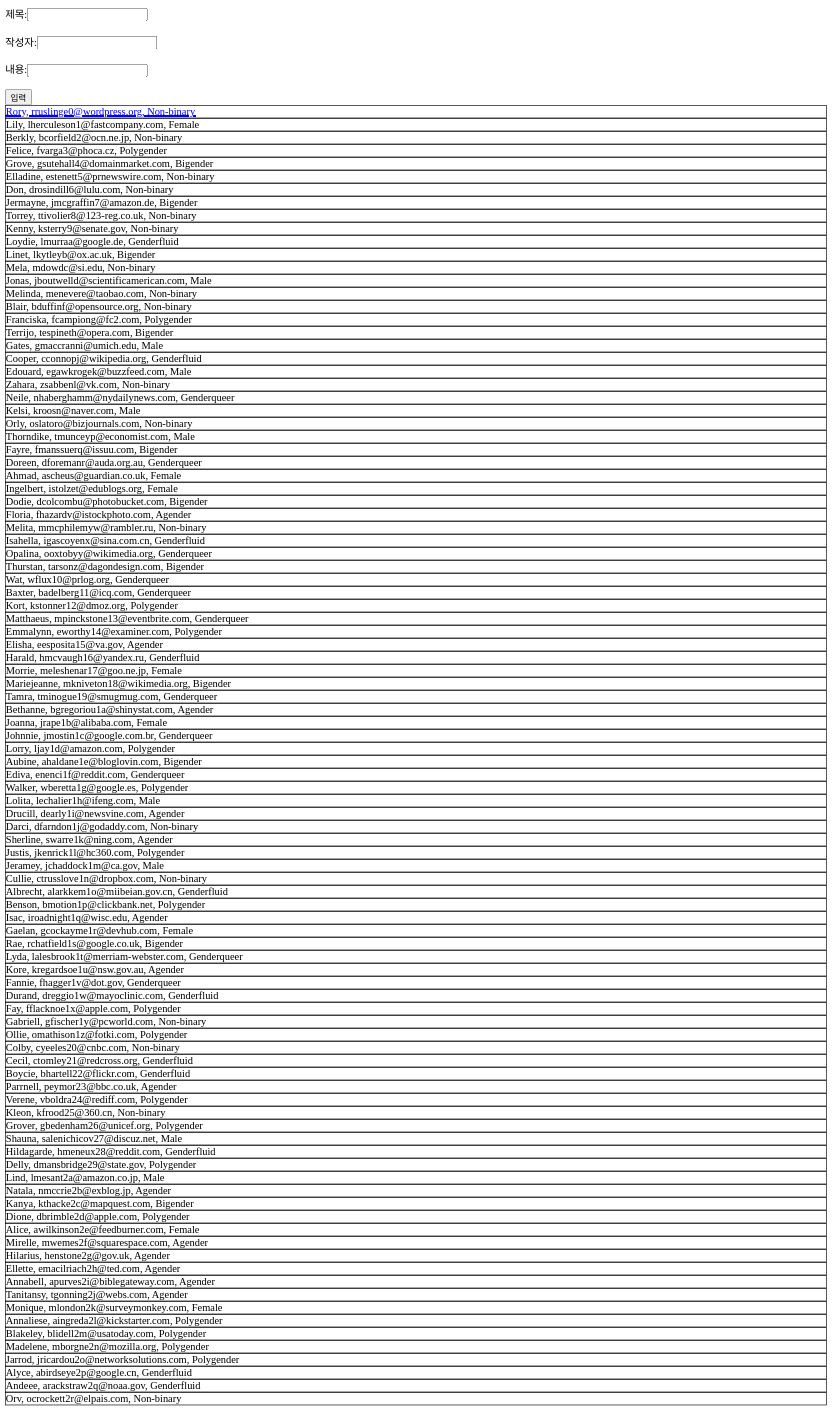
Repository: RyuJelly/211
Page: java_web/jQuery/WebContent/blogmission/main.html
These files come from the project's save history. The page is drawn as it stood at one moment and after a run of saves; the edit follows.
The browser window is 1280 px wide. The pictures show the whole page, at 65% of full size.
Some web libraries are served in a nearby version.

Above is the page before, as saved 2021-03-18 06:22:48.

### java_web/jQuery/WebContent/blogmission/main.html
<!DOCTYPE html>
<html>
<head>
<meta charset="EUC-KR">
<title>Insert title here</title>
<script src="http://code.jquery.com/jquery-1.10.2.js"></script>
<script type="text/javascript" src="blog.js"></script>
<style type="text/css">
.blog {
	border : 1px solid;
}

.title {
	float: left;
}

</style>
</head>
<body>
	<div id="list">

	</div>

	<form action="POST">
		제목:<input type="text" name="title"/> <br><br>
		작성자:<input type="text" name="writer"/><br><br>
		내용:<input type="text" name="contents"/><br><br>
		<input type="submit" value="입력"/>
	</form>

	<div id="js"></div>
</body>
</html>

### java_web/jQuery/WebContent/blogmission/blog.js
/*$(function() {
	$.ajax({
		url : 'server.jsp',
		type : 'post',
		dataType : 'json',
		success : successHandler
	});

	function successHandler(data){
		$.each(data, function(index, blog) {
			var html = '<div class="blog">';
			html += '<div class="title">tilte: ' + blog.title + '</div><br>';
			html += '<div class="writer">writer: ' + blog.writer + '</div>';
			html += '<div class="contents">contents: ' + blog.contents + '</div>';
			html += '</div>';

			$('#list').append(html);
		});
	}
});*/


$(function() {
	$.ajax({
		url : 'server.jsp',
		type : 'post',
		dataType : 'json',
		success : successHandler
	});

	$('form').submit(function() {
		$.ajax({
			url : 'server.jsp',
			type : 'post',
			dataType : 'json',
			data : $(this).serialize(),
			success : successHandler
		});
		return false;
	});

	function successHandler(data){
		$('div#list').empty();

		$.each(data, function(index, blog) {
			var html = '<div class="blog">';
			html += '<div class="title">tilte: ' + blog.title + '</div><br>';
			html += '<div class="writer">writer: ' + blog.writer + '</div>';
			html += '<div class="contents">contents: ' + blog.contents + '</div>';
			html += '</div>';

			$('#list').append(html);
		});
	}
});



$(function(){
//	$.ajax({
//		url : 'dummy.json',
//		dataType : 'json',
//		success : function(data){
//			$.each(data, function(index, m){
//				var html = '<div class="blog">' + m.name + ', ' + m.email + ', ' + m.gender;
//				$('#js').append(html);
//			});
//		}
//	});

	$.getJSON('dummy.json', function(data){
		$.each(data, function(index, m){
			var html = '<div class="blog" id="f1">' + m.name + ', ' + m.email + ', ' + m.gender;
			$('#js').append(html);
			$('#f1').wrapInner('<a href="#" />')
		});

	});

});

### java_web/jQuery/WebContent/blogmission/dummy.json
[{"id":1,"name":"Rory","email":"rruslinge0@wordpress.org","gender":"Non-binary"},
{"id":2,"name":"Lily","email":"lherculeson1@fastcompany.com","gender":"Female"},
{"id":3,"name":"Berkly","email":"bcorfield2@ocn.ne.jp","gender":"Non-binary"},
{"id":4,"name":"Felice","email":"fvarga3@phoca.cz","gender":"Polygender"},
{"id":5,"name":"Grove","email":"gsutehall4@domainmarket.com","gender":"Bigender"},
{"id":6,"name":"Elladine","email":"estenett5@prnewswire.com","gender":"Non-binary"},
{"id":7,"name":"Don","email":"drosindill6@lulu.com","gender":"Non-binary"},
{"id":8,"name":"Jermayne","email":"jmcgraffin7@amazon.de","gender":"Bigender"},
{"id":9,"name":"Torrey","email":"ttivolier8@123-reg.co.uk","gender":"Non-binary"},
{"id":10,"name":"Kenny","email":"ksterry9@senate.gov","gender":"Non-binary"},
{"id":11,"name":"Loydie","email":"lmurraa@google.de","gender":"Genderfluid"},
{"id":12,"name":"Linet","email":"lkytleyb@ox.ac.uk","gender":"Bigender"},
{"id":13,"name":"Mela","email":"mdowdc@si.edu","gender":"Non-binary"},
{"id":14,"name":"Jonas","email":"jboutwelld@scientificamerican.com","gender":"Male"},
{"id":15,"name":"Melinda","email":"menevere@taobao.com","gender":"Non-binary"},
{"id":16,"name":"Blair","email":"bduffinf@opensource.org","gender":"Non-binary"},
{"id":17,"name":"Franciska","email":"fcampiong@fc2.com","gender":"Polygender"},
{"id":18,"name":"Terrijo","email":"tespineth@opera.com","gender":"Bigender"},
{"id":19,"name":"Gates","email":"gmaccranni@umich.edu","gender":"Male"},
{"id":20,"name":"Cooper","email":"cconnopj@wikipedia.org","gender":"Genderfluid"},
{"id":21,"name":"Edouard","email":"egawkrogek@buzzfeed.com","gender":"Male"},
{"id":22,"name":"Zahara","email":"zsabbenl@vk.com","gender":"Non-binary"},
{"id":23,"name":"Neile","email":"nhaberghamm@nydailynews.com","gender":"Genderqueer"},
{"id":24,"name":"Kelsi","email":"kroosn@naver.com","gender":"Male"},
{"id":25,"name":"Orly","email":"oslatoro@bizjournals.com","gender":"Non-binary"},
{"id":26,"name":"Thorndike","email":"tmunceyp@economist.com","gender":"Male"},
{"id":27,"name":"Fayre","email":"fmanssuerq@issuu.com","gender":"Bigender"},
{"id":28,"name":"Doreen","email":"dforemanr@auda.org.au","gender":"Genderqueer"},
{"id":29,"name":"Ahmad","email":"ascheus@guardian.co.uk","gender":"Female"},
{"id":30,"name":"Ingelbert","email":"istolzet@edublogs.org","gender":"Female"},
{"id":31,"name":"Dodie","email":"dcolcombu@photobucket.com","gender":"Bigender"},
{"id":32,"name":"Floria","email":"fhazardv@istockphoto.com","gender":"Agender"},
{"id":33,"name":"Melita","email":"mmcphilemyw@rambler.ru","gender":"Non-binary"},
{"id":34,"name":"Isahella","email":"igascoyenx@sina.com.cn","gender":"Genderfluid"},
{"id":35,"name":"Opalina","email":"ooxtobyy@wikimedia.org","gender":"Genderqueer"},
{"id":36,"name":"Thurstan","email":"tarsonz@dagondesign.com","gender":"Bigender"},
{"id":37,"name":"Wat","email":"wflux10@prlog.org","gender":"Genderqueer"},
{"id":38,"name":"Baxter","email":"badelberg11@icq.com","gender":"Genderqueer"},
{"id":39,"name":"Kort","email":"kstonner12@dmoz.org","gender":"Polygender"},
{"id":40,"name":"Matthaeus","email":"mpinckstone13@eventbrite.com","gender":"Genderqueer"},
{"id":41,"name":"Emmalynn","email":"eworthy14@examiner.com","gender":"Polygender"},
{"id":42,"name":"Elisha","email":"eesposita15@va.gov","gender":"Agender"},
{"id":43,"name":"Harald","email":"hmcvaugh16@yandex.ru","gender":"Genderfluid"},
{"id":44,"name":"Morrie","email":"meleshenar17@goo.ne.jp","gender":"Female"},
{"id":45,"name":"Mariejeanne","email":"mkniveton18@wikimedia.org","gender":"Bigender"},
{"id":46,"name":"Tamra","email":"tminogue19@smugmug.com","gender":"Genderqueer"},
{"id":47,"name":"Bethanne","email":"bgregoriou1a@shinystat.com","gender":"Agender"},
{"id":48,"name":"Joanna","email":"jrape1b@alibaba.com","gender":"Female"},
{"id":49,"name":"Johnnie","email":"jmostin1c@google.com.br","gender":"Genderqueer"},
{"id":50,"name":"Lorry","email":"ljay1d@amazon.com","gender":"Polygender"},
{"id":51,"name":"Aubine","email":"ahaldane1e@bloglovin.com","gender":"Bigender"},
{"id":52,"name":"Ediva","email":"enenci1f@reddit.com","gender":"Genderqueer"},
{"id":53,"name":"Walker","email":"wberetta1g@google.es","gender":"Polygender"},
{"id":54,"name":"Lolita","email":"lechalier1h@ifeng.com","gender":"Male"},
{"id":55,"name":"Drucill","email":"dearly1i@newsvine.com","gender":"Agender"},
{"id":56,"name":"Darci","email":"dfarndon1j@godaddy.com","gender":"Non-binary"},
{"id":57,"name":"Sherline","email":"swarre1k@ning.com","gender":"Agender"},
{"id":58,"name":"Justis","email":"jkenrick1l@hc360.com","gender":"Polygender"},
{"id":59,"name":"Jeramey","email":"jchaddock1m@ca.gov","gender":"Male"},
{"id":60,"name":"Cullie","email":"ctrusslove1n@dropbox.com","gender":"Non-binary"},
{"id":61,"name":"Albrecht","email":"alarkkem1o@miibeian.gov.cn","gender":"Genderfluid"},
{"id":62,"name":"Benson","email":"bmotion1p@clickbank.net","gender":"Polygender"},
{"id":63,"name":"Isac","email":"iroadnight1q@wisc.edu","gender":"Agender"},
{"id":64,"name":"Gaelan","email":"gcockayme1r@devhub.com","gender":"Female"},
{"id":65,"name":"Rae","email":"rchatfield1s@google.co.uk","gender":"Bigender"},
{"id":66,"name":"Lyda","email":"lalesbrook1t@merriam-webster.com","gender":"Genderqueer"},
{"id":67,"name":"Kore","email":"kregardsoe1u@nsw.gov.au","gender":"Agender"},
{"id":68,"name":"Fannie","email":"fhagger1v@dot.gov","gender":"Genderqueer"},
{"id":69,"name":"Durand","email":"dreggio1w@mayoclinic.com","gender":"Genderfluid"},
{"id":70,"name":"Fay","email":"fflacknoe1x@apple.com","gender":"Polygender"},
{"id":71,"name":"Gabriell","email":"gfischer1y@pcworld.com","gender":"Non-binary"},
{"id":72,"name":"Ollie","email":"omathison1z@fotki.com","gender":"Polygender"},
{"id":73,"name":"Colby","email":"cyeeles20@cnbc.com","gender":"Non-binary"},
{"id":74,"name":"Cecil","email":"ctomley21@redcross.org","gender":"Genderfluid"},
{"id":75,"name":"Boycie","email":"bhartell22@flickr.com","gender":"Genderfluid"},
{"id":76,"name":"Parrnell","email":"peymor23@bbc.co.uk","gender":"Agender"},
{"id":77,"name":"Verene","email":"vboldra24@rediff.com","gender":"Polygender"},
{"id":78,"name":"Kleon","email":"kfrood25@360.cn","gender":"Non-binary"},
{"id":79,"name":"Grover","email":"gbedenham26@unicef.org","gender":"Polygender"},
{"id":80,"name":"Shauna","email":"salenichicov27@discuz.net","gender":"Male"},
{"id":81,"name":"Hildagarde","email":"hmeneux28@reddit.com","gender":"Genderfluid"},
{"id":82,"name":"Delly","email":"dmansbridge29@state.gov","gender":"Polygender"},
{"id":83,"name":"Lind","email":"lmesant2a@amazon.co.jp","gender":"Male"},
{"id":84,"name":"Natala","email":"nmccrie2b@exblog.jp","gender":"Agender"},
{"id":85,"name":"Kanya","email":"kthacke2c@mapquest.com","gender":"Bigender"},
{"id":86,"name":"Dione","email":"dbrimble2d@apple.com","gender":"Polygender"},
{"id":87,"name":"Alice","email":"awilkinson2e@feedburner.com","gender":"Female"},
{"id":88,"name":"Mirelle","email":"mwemes2f@squarespace.com","gender":"Agender"},
{"id":89,"name":"Hilarius","email":"henstone2g@gov.uk","gender":"Agender"},
{"id":90,"name":"Ellette","email":"emacilriach2h@ted.com","gender":"Agender"},
{"id":91,"name":"Annabell","email":"apurves2i@biblegateway.com","gender":"Agender"},
{"id":92,"name":"Tanitansy","email":"tgonning2j@webs.com","gender":"Agender"},
{"id":93,"name":"Monique","email":"mlondon2k@surveymonkey.com","gender":"Female"},
{"id":94,"name":"Annaliese","email":"aingreda2l@kickstarter.com","gender":"Polygender"},
{"id":95,"name":"Blakeley","email":"blidell2m@usatoday.com","gender":"Polygender"},
{"id":96,"name":"Madelene","email":"mborgne2n@mozilla.org","gender":"Polygender"},
{"id":97,"name":"Jarrod","email":"jricardou2o@networksolutions.com","gender":"Polygender"},
{"id":98,"name":"Alyce","email":"abirdseye2p@google.cn","gender":"Genderfluid"},
{"id":99,"name":"Andeee","email":"arackstraw2q@noaa.gov","gender":"Genderfluid"},
{"id":100,"name":"Orv","email":"ocrockett2r@elpais.com","gender":"Non-binary"}]

After the next 2 saves:
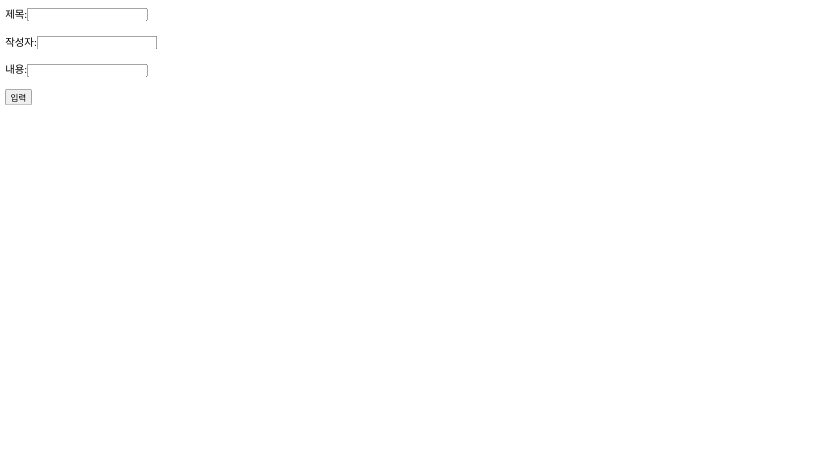
Console error: SyntaxError: Unexpected identifier 's'
The 2 saves are shown as one change because they came seconds apart.
The last was saved 38 s later.
--- a/java_web/jQuery/WebContent/blogmission/blog.js
+++ b/java_web/jQuery/WebContent/blogmission/blog.js
@@ -72,9 +72,9 @@
 		$.each(data, function(index, m){
 			var html = '<div class="blog" id="f1">' + m.name + ', ' + m.email + ', ' + m.gender;
 			$('#js').append(html);
-			$('#f1').wrapInner('<a href="#" />')
 		});
 
+		$('#f1').wrapInner('<a href="#" />')s
 	});
 
 });

After the 2 saves that followed:
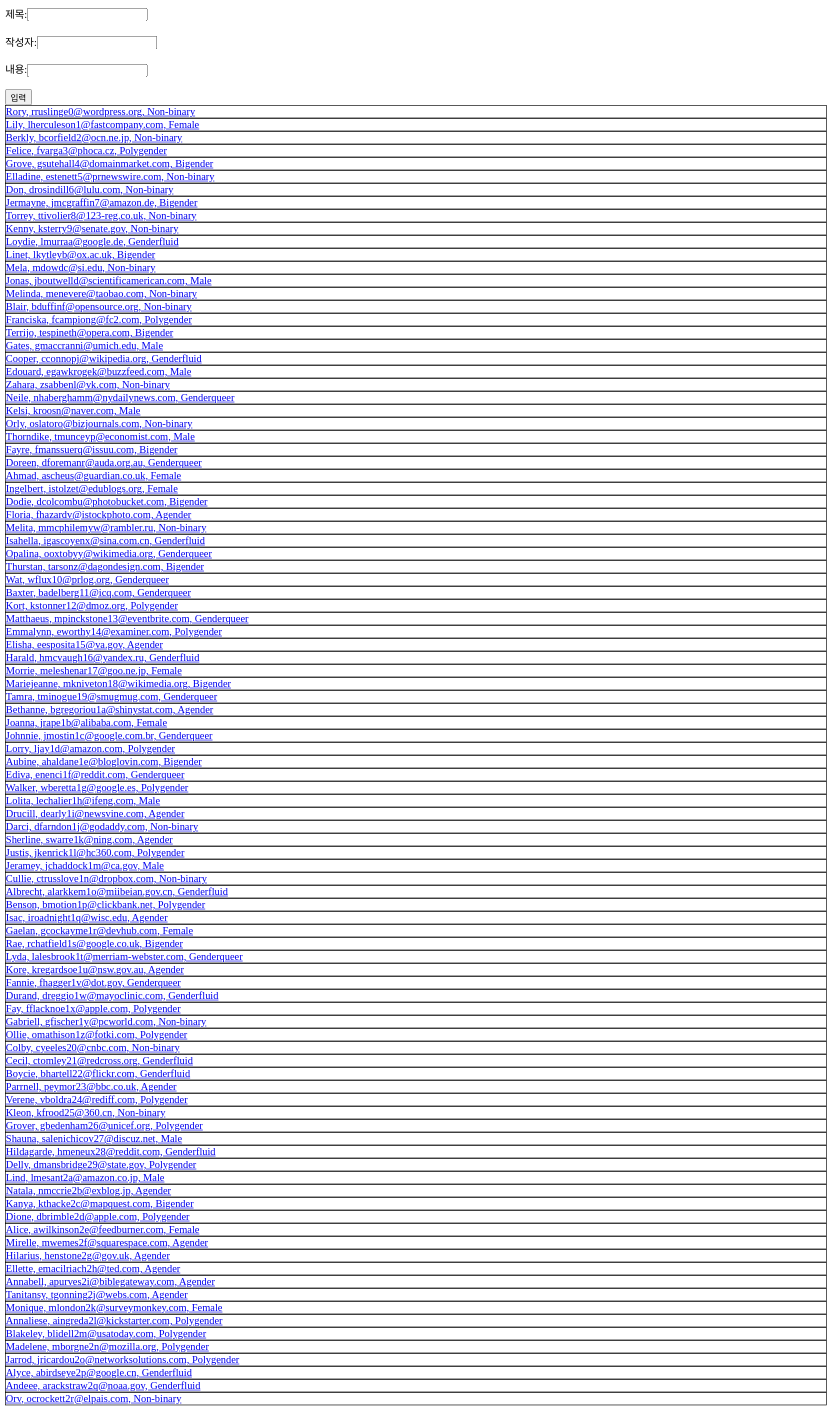
The error is gone.
The 2 saves are shown as one change because 1 left the picture as it was.
The last was saved 77 s later.
--- a/java_web/jQuery/WebContent/blogmission/blog.js
+++ b/java_web/jQuery/WebContent/blogmission/blog.js
@@ -70,11 +70,11 @@
 
 	$.getJSON('dummy.json', function(data){
 		$.each(data, function(index, m){
-			var html = '<div class="blog" id="f1">' + m.name + ', ' + m.email + ', ' + m.gender;
+			var html = '<div class="blog f1">' + m.name + ', ' + m.email + ', ' + m.gender;
 			$('#js').append(html);
 		});
 
-		$('#f1').wrapInner('<a href="#" />')s
+		$('.f1').wrapInner('<a href="#" />');
 	});
 
 });
